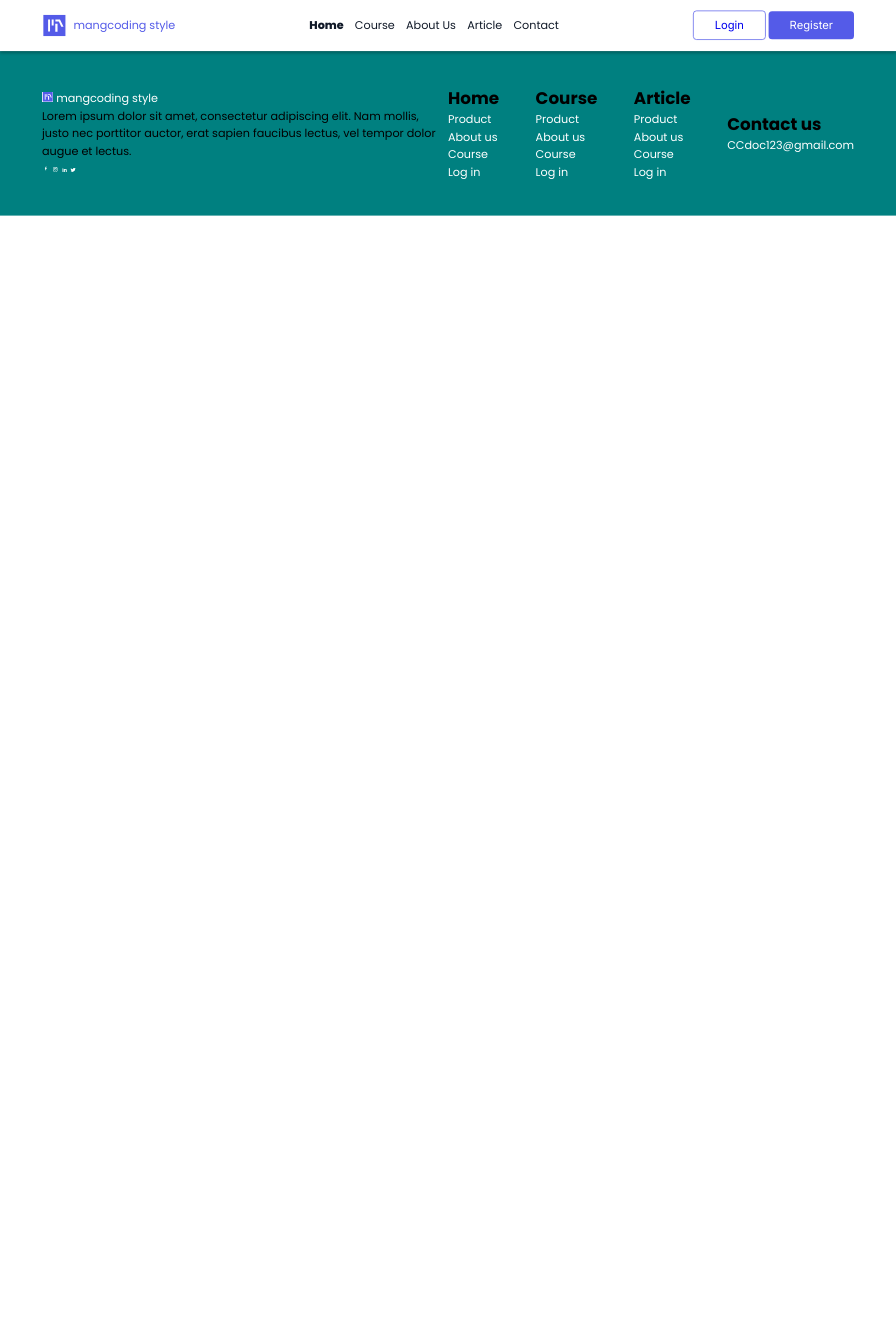
Repository: Dania-Alqam/landing-page
Page: index.html
These files come from the project's save history. The page is drawn as it stood at one moment and after a run of saves; the edit follows.
The browser window is 1280 px wide. The pictures show the part of the page from y = 0 to 1920 px (the page is 5000 px tall), at 70% of full size.

Above is the page before, as saved 2024-06-21 23:46:06.

After the next 3 saves:
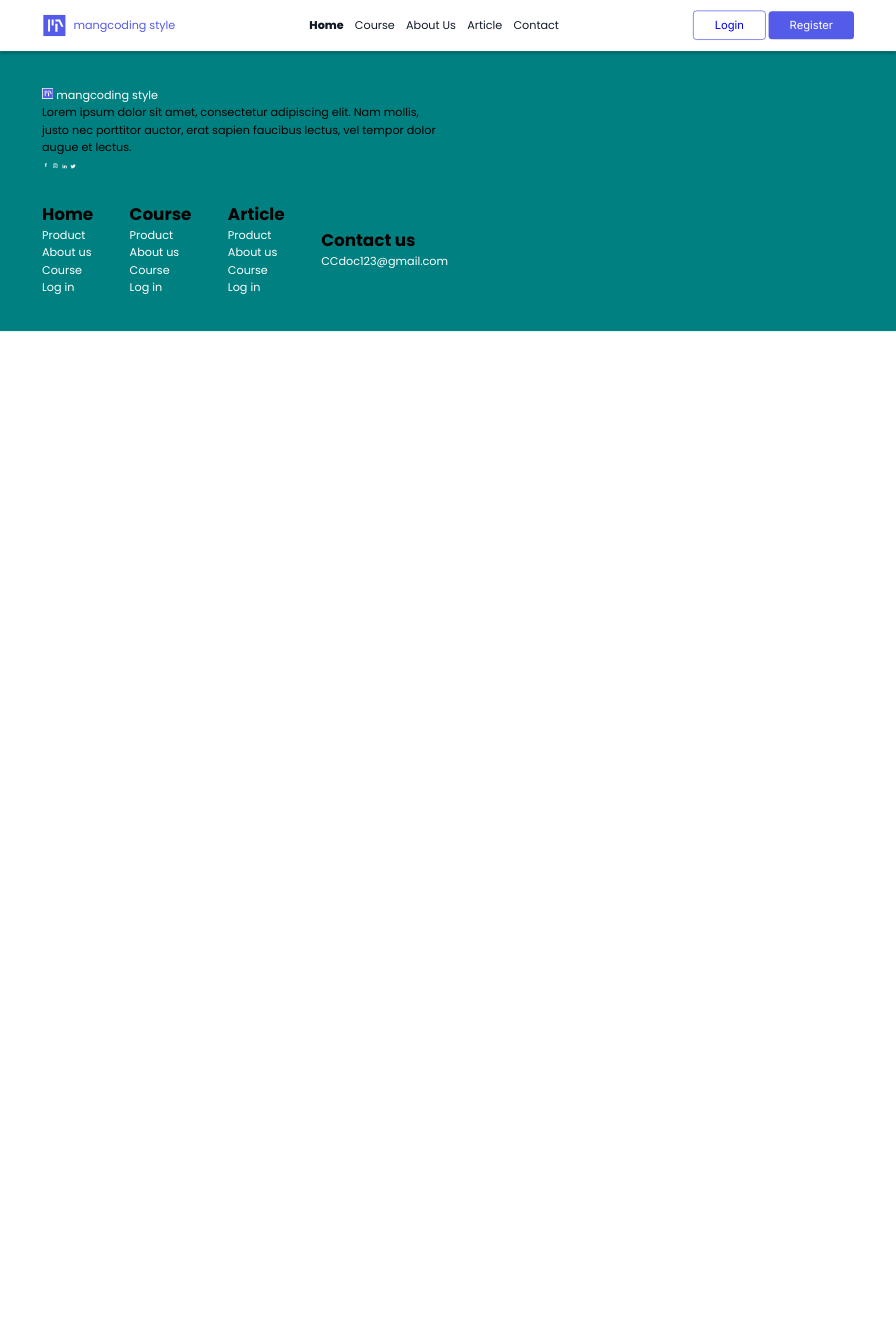
The 3 saves are shown as one change because they came seconds apart.
The last was saved 95 s later.
--- a/assests/css/main.css
+++ b/assests/css/main.css
@@ -77,6 +77,6 @@ font-weight: 800;
 }
 
 .footer .row{
-
+    gap: 40px;
 }
 /* end footer */
